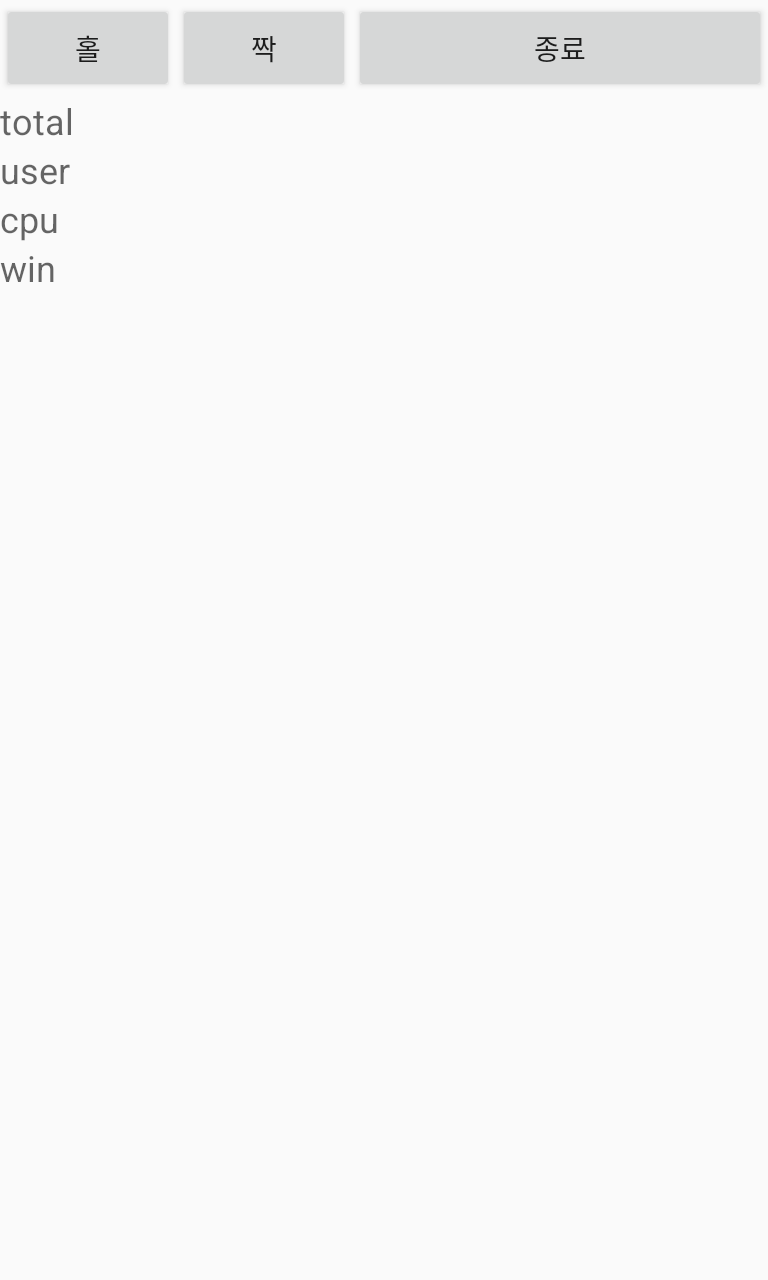
Repository: kol0372/woo
Layout: andworkspace/and1008/res/layout/exam2.xml
The author's editor kept a copy of each file at every save. The layout is drawn from the files as they stood at one save, then again after the next save.
It is drawn on a 768 x 1280 px phone screen (xhdpi) without system bars, with theme AppTheme; the app's code is not run.

Above is the layout before, as saved 2014-10-08 05:37:09.

After the next save:
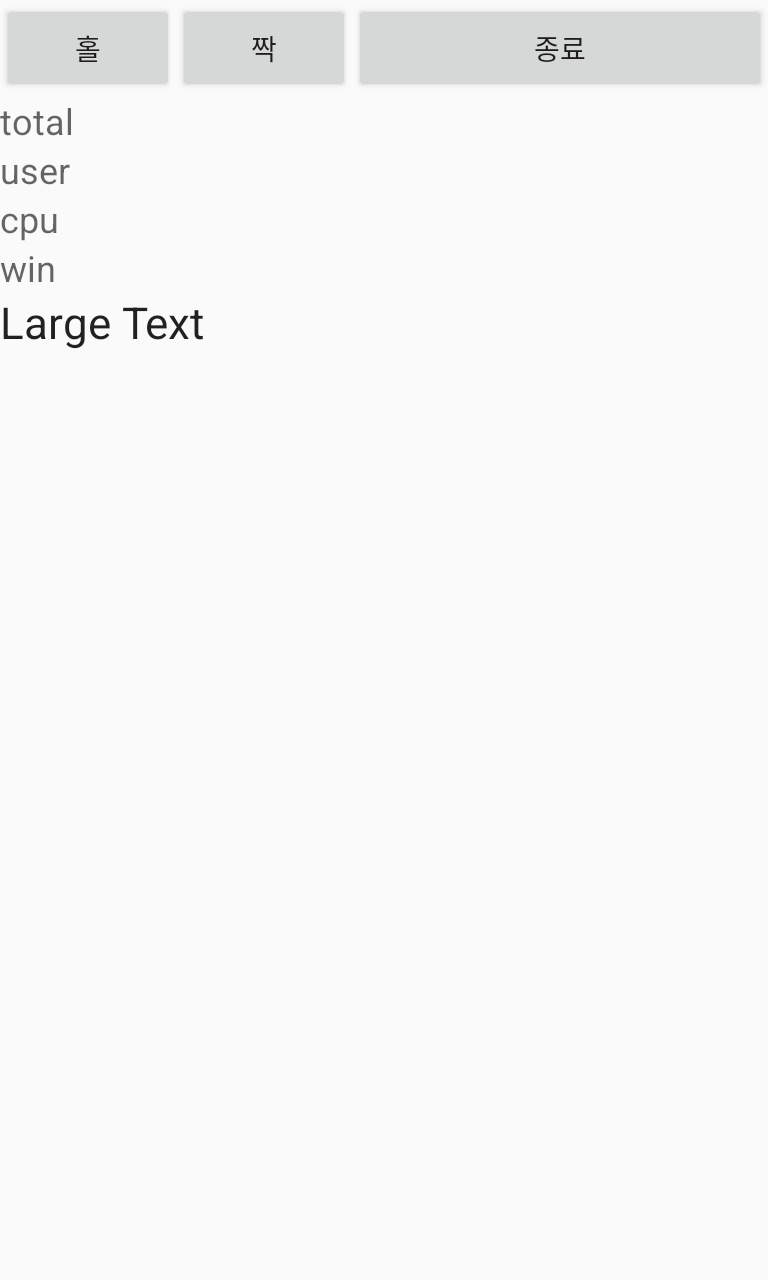
Saved 51 s later.
--- a/andworkspace/and1008/res/layout/exam2.xml
+++ b/andworkspace/and1008/res/layout/exam2.xml
@@ -78,6 +78,13 @@
             android:text="win"
             android:textAppearance="?android:attr/textAppearanceMedium" />
 
+        <TextView
+            android:id="@+id/result"
+            android:layout_width="wrap_content"
+            android:layout_height="wrap_content"
+            android:text="Large Text"
+            android:textAppearance="?android:attr/textAppearanceLarge" />
+
     </LinearLayout>
 
 </LinearLayout>
